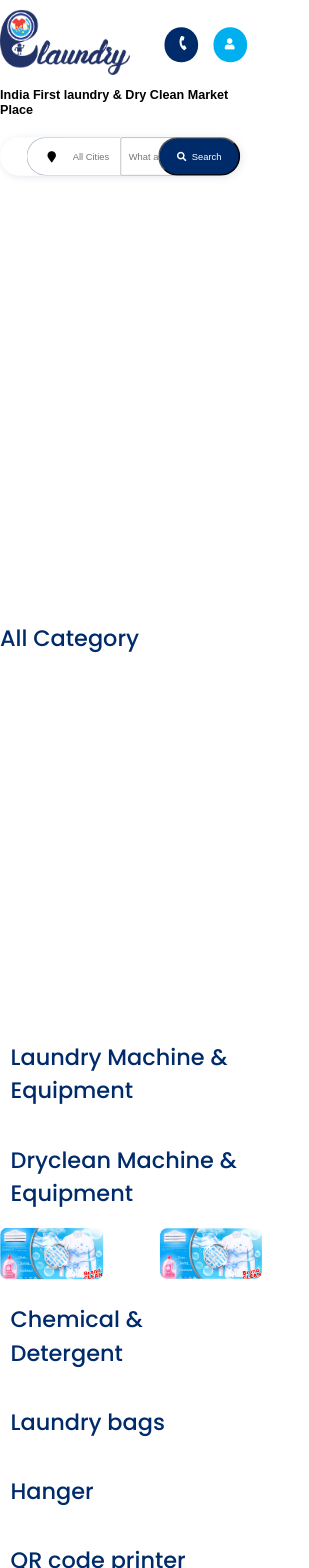
Repository: anamikatomar21/omramartnew
Page: /
The author's editor kept a copy of each file at every save. The page is drawn from the files as they stood at one save, then again after the next save.
The browser window is 375 px wide. The page is 442 px wide, so the pictures cover 442 px, including what lies to the right of the window. The pictures show the part of the page from y = 0 to 2240 px (the page is 5661 px tall), at 70% of full size.
The page's requests for data from a server got no answer. The project was rebuilt for these pictures with package versions that can differ from the ones it lists, and the page was loaded fresh each time. Some packages were replaced by stand-ins written for this rebuild. The framework's server and built-in components were replaced by stand-ins that run in the browser. No one was signed in, and anything a server would have sent is missing. Also part of the build but not shown: next.config.js, styles/Merchant/smallbanner.module.scss, styles/Merchant/layout.module.scss.

Above is the page before, as saved 2022-07-21 17:55:03.

### pages/_app.tsx
import "../styles/globals.scss";

import { useEffect } from "react";

import type { AppProps } from "next/app";
import { QueryClient, QueryClientProvider } from "react-query";
import { ReactQueryDevtools } from "react-query/devtools";
import { Provider } from "react-redux";
import { PersistGate } from "redux-persist/integration/react";

import axios from "../networkAPI/axios";
import { persistor, store } from "../redux/store";

function MyApp({ Component, pageProps }: AppProps) {
  const queryClient = new QueryClient({
    defaultOptions: {
      queries: {
        staleTime: Infinity,
        refetchOnReconnect: true,
      },
    },
  });

  useEffect(() => {


    axios.interceptors.request.use((config: any) => {
      const token=localStorage.getItem("token")
      console.log("Token",token)
      config.headers.Authorization = `Bearer ${token}`;
      return config;
    });
  }, []);

  // console.log({store:store.getState()});

  return (
    <Provider store={store}>
      <PersistGate persistor={persistor}>
        <QueryClientProvider client={queryClient}>
          <Component {...pageProps} />

          <ReactQueryDevtools initialIsOpen={false} />
        </QueryClientProvider>
      </PersistGate>
    </Provider>
  );
}

export default MyApp;

// export default MyApp

// function MyApp({ Component, pageProps }: AppProps) {
//   return (
//     <DashboardLayout>
//       <Component {...pageProps} />
//     </DashboardLayout>
//   );
// }

// export default MyApp;

### networkAPI/axios.ts
import axios from 'axios';

import { store } from '../redux/store';

const axiosInstance = axios.create({
  baseURL: "/",
  headers: {
    "Content-type": "application/json",
    "Accept": "application/json",

  },
  withCredentials:true
//  withCredentials:true
});

axiosInstance.interceptors.request.use(
  (config:any) => {
    const state = store.getState();
    const token = state?.user?.token;
    config.headers.Authorization = `Bearer ${token}`;
    return config;
  }
, (error:any) => {
  return Promise.reject(error);
}
);


export default axiosInstance;

### redux/store.ts
import {
  FLUSH,
  PAUSE,
  PERSIST,
  persistReducer,
  persistStore,
  PURGE,
  REGISTER,
  REHYDRATE,
} from 'redux-persist';
import storage from 'redux-persist/lib/storage';

import {
  combineReducers,
  configureStore,
} from '@reduxjs/toolkit';

import { authReducer } from './reducers/auth';

//persist redux store
const persistConfig = {
  key: "root",
  storage: storage,
  rehydrate: true,
};

const rootReducer = combineReducers({
  user: persistReducer(persistConfig, authReducer),
});

// creating store
export const store = configureStore({
  reducer: rootReducer,
  devTools: process.env.NODE_ENV !== "production",
  middleware: (getDefaultMiddleware) =>
    getDefaultMiddleware({
      serializableCheck: {
        ignoredActions: [FLUSH, REHYDRATE, PAUSE, PERSIST, PURGE, REGISTER],
      },
    }),
});

export const persistor = persistStore(store);

export type RootState = ReturnType<typeof store.getState>;
export type AppDispatch = typeof store.dispatch;

### components/Category/index.tsx
import React from "react";

import { useGetHomeCategory, usePublicProduct } from "../../networkAPI/queries";
import styles from "../../styles/Merchant/view.module.scss";

function Category() {
  const { data, status } = usePublicProduct();
  const data2 = useGetHomeCategory();
  const category_data = data2.data;
  console.log(data2.data);
  console.log(data);
  return (

    <div className="containerr3">
      <h1 className={styles.heading_section}>All Category</h1>
      <div>
        <div key={"index"} style={{ display: "flex" }}>
          <div className={styles.Flex_Section}>
            {category_data?.data.map((item3: any, index: any) => {
              console.log(item3);

              return (
                <div key={index}>
                  <div
                    className={styles.img_box}
                    style={{
                      backgroundImage: `url(${item3.category_image[0]})`,
                    }}
                  >
                    {item3.category_name}
                  </div>
                </div>
              );
            })}
          </div>
        </div>
      </div>
    </div>
  );
}

export default Category;

### components/CompanyDescription/index.tsx
import { useEffect, useState } from "react";

import type { NextPage } from "next";
import Head from "next/head";
import Router, { useRouter } from "next/router";
import toast, { Toaster } from "react-hot-toast";
import Image from "next/image";


import styles from "../../styles/Merchant/companydescription.module.scss";

const CompanyDescription: NextPage = () => {
  return (


    <div className={styles.Flex_Section}>
    <div>
      <h3>  Lorem ipsum dolor sit amet consectetur </h3>
      <p>
        Lorem ipsum dolor sit amet consectetur adipisicing elit. Veritatis
        praesentium dolores, accusamus laborum error perspiciatis iure
        pariatur expedita sequi odit minus architecto ducimus quod voluptate
        dignissimos optio quia dolorem numquam!Lorem Lorem ipsum dolor sit
        amet consectetur adipisicing elit.
      </p>

    </div>
    <div>
    <h3>  Lorem ipsum dolor sit amet consectetur </h3>
      <p>
        Lorem ipsum dolor sit amet consectetur adipisicing elit. Veritatis
        praesentium dolores, accusamus laborum error perspiciatis iure
        pariatur expedita sequi odit minus architecto ducimus quod voluptate
        dignissimos optio quia dolorem numquam!Lorem Lorem ipsum dolor sit
        amet consectetur adipisicing elit.
      </p>


    </div>
  </div>
  );
};

export default CompanyDescription;

### components/ProductCard/index.tsx
import 'react-multi-carousel/lib/styles.css';
import React from 'react';
import { useGetCategory } from 'networkAPI/queries';
import Image from 'next/image';
import { useRouter } from 'next/router';
import Carousel from 'react-multi-carousel';
import styles from 'styles/Merchant/updatedproductcard.module.scss';

// function ProductCard({title,data}) {
interface Props {
  title: string;
  data: any;
}
function ProductCard({ title, data }: Props) {
  console.log({ "helloo tsra": data?.data });

  const router = useRouter();

  const data2 = useGetCategory();
  const category_data = data2.data;
  console.log(data2.data);

   const responsive = {
    superLargeDesktop: {
     breakpoint: { max: 4000, min: 3000 },
  loop:true,
  items: 5,
    },

    desktop: {
      breakpoint: { max: 3000, min: 1024 },

     items: 5,
     },

   tablet: {
   breakpoint: { max: 1024, min: 464 },

     items: 3,
    },

   mobile: {
     breakpoint: { max: 464, min: 0 },

      items: 1,
    },
  };

  return (
    <div>
      <div key={""}>
        <h1 className={styles.heading_section3}>{title}</h1>
        {data?.data && (
          <Carousel responsive={responsive}>
            {data?.data
              .filter((item: any) => item.isApproved == true)
              .map((item: any, index: any) => {
                return (
                  <div className={styles.cardproduct} key={index}>
                    <div className={styles.productimg}>
                      <Image
                        src={
                          item.product_image1[0]
                            ? item.product_image1[0]
                            : "/omratrade/homebanner.png"
                        }
                        height={200}
                        width={300}
                        alt="productr image"
                        className={styles.productimagesrc}
                      />
                    </div>
                    <div className={styles.productcontent}>
                      <h4>{item.product_name}</h4>
                      <p>{item.vendors_name}</p>
                    </div>
                    <div className={styles.productcartbtn}>
                      <button
                        type="submit"
                        onClick={() => router.push(`/product?id=${item._id}&category=${item.category}&merchant=${item.auther_Id}`)}
                      >
                        View More
                      </button>
                    </div>
                  </div>
                );
              })}
          </Carousel>
        )}
      </div>
    </div>
  );
}

export default ProductCard;

### components/SliderBox/index.tsx
import {

    useEffect,

    useState,

} from 'react';
import styles from '../../styles/Merchant/sliderbox.module.scss';
import Image from 'next/image';

import type { NextPage } from 'next';

import { useRouter } from 'next/router';


import Link from 'next/link';







import React, { Component } from 'react';



const SliderBox: NextPage = () => {


    return (
<div className={styles.Flex_Section}>
<div>
    <Image
    src="/omratrade/sliderbanner.png"
    width={700} height={350} alt="facemask"
    className="facemask"
  />
  </div>
  <div>
  <Image
  src="/omratrade/sliderbanner2.png"
  width={700} height={350} alt="facemask"
  className="facemask"
/>
</div>
</div>
    )

};



export default SliderBox;

### components/SmallBanner/index.tsx
import type { NextPage } from 'next';
import Image from 'next/image';

import { useGetBanner } from '../../networkAPI/queries';
import styles from '../../styles/Merchant/smallbanner.module.scss';

const SmallBanner: NextPage = () => {
  const bannerData = useGetBanner().data?.data;
  console.log(bannerData);
  return (
    <div>
    {bannerData?.map((item:any,index:any) => {
      return(
    <div className={styles.Flex_Section} key={index}>
      <div>
        <Image
          src={item.banner_image1[0]}
          width={450}
          height={200}
          alt="sliderbanner"
          className="facemask"
        />
      </div>
      <div>
        <Image
          src={item.banner_image2[0]}
          width={450}
          height={200}
          alt="sliderbanner"
          className="facemask"
        />
      </div>
      <div>
        <Image
          src={item.banner_image3[0]}
          width={450}
          height={200}
          alt="sliderbanner"
          className="facemask"
        />
      </div>
      </div>
      )
    })}
    </div>
    /* <div className={styles.Flex_Section}>
<div className={styles.smallbanner1}>Chemical & Detergent</div>
<div className={styles.smallbanner2}>Chemical & Detergent</div>
<div className={styles.smallbanner3}>Chemical & Detergent</div>
</div> */
  );
};

export default SmallBanner;

### components/User/Layout.tsx
// import React from 'react';

// import styles from '../../styles/Merchant/layout.module.scss';
// import Header from './Header';

// // }
// type DashboardLayoutProps = {
//   children: React.ReactNode,
// };

// export default function UserLayout({ children }: DashboardLayoutProps) {
//   return (
//    <div className={styles.mmainlayout}>
//       <Header />
//       <div className={styles.mainlayout}>

//       {/* <MerchantSidebar /> */}
//         <main>{children}</main>
//       </div>

//       {/* <Footer /> */}
//       </div>

//   );
// }

import React from 'react';

import styles from '../../styles/Merchant/layout.module.scss';
import Header from './Header';

// }
type DashboardLayoutProps = {
  children: React.ReactNode,
};

export default function UserLayout({ children }: DashboardLayoutProps) {
  return (
   <div className={styles.mmainlayout}>
      <Header />
      <div className={styles.mainlayout}>

      {/* <MerchantSidebar /> */}
        <main>{children}</main>
      </div>

      {/* <Footer /> */}
      </div>

  );
}

### styles/Merchant/productcard.module.scss



.container {
    display: flex;
    margin-top:40px;
    margin-top: 52px;
    height: 415px;
    margin-bottom: 36px;
}


  /* PRODUCT CARD */

  .productcard {
    background-color: #f5f6fa;
    border-radius: 10px;
    color: #2f3640;
    margin: 0 2em;
    transition: all linear .2s;
    width: 250px;
    display: flex;
    flex-direction: column;
    justify-content: space-between;
  }

  .productcard:hover,
  .productcard:active {
    box-shadow: .2em .5em .5em rgba(0, 0, 0, 0.4);
    transform: scale(1.1);
  }

  .productimg {
    border-radius: 10px 10px 0px 0px;
    height: 150px;
    max-width: 100%;
  }

  .imgone {
    background-image: url(https://thumbs.dreamstime.com/b/concept-agile-software-development-concept-agile-software-development-107923572.jpg);
    border-radius: 10px 10px 0px 0px;}

  .imgtwo {
    background-image: url(https://www.dahu.bio/images/photos/agriculture/organic-product.jpg);
    border-radius: 10px 10px 0px 0px; }

  .imgthree {
    background-image: url(https://youngwonks.s3.amazonaws.com/Blogs/cabinet);
    border-radius: 10px 10px 0px 0px;}

  .imgone,
  .imgtwo,
  .imgthree {
    background-size: cover;
    background-position: center;
  }

  .producttext {
    padding: 1em;
    text-align: center;
  }

  .productcart button{
    border: 0;
    border-radius: 0 0 10px 10px;
    color: #f5f6fa;
    cursor: pointer;
    font-family: inherit;
    padding: 1em;
    text-transform: uppercase;
    transition: all linear .3s;
    width: 100%;
  }

  .productcart button:hover {
    font-weight: 500;
    letter-spacing: .1em;
  }

  /* color */
  .productcard h3 {
    color: #002b6b;
  }

  .productcard  button {
    background-color: #002b6b;
  }

  .productdiv{
    // margin-bottom: 70px;

  // background: #F5F5F5;
  padding-bottom: 40px;
  // margin-top:80px;
  padding:4px 15px;
}

  /* media queries */
  @media screen and (max-width: 860px) {
    .container {
      display: grid;
      grid-column-templates: 1fr;
      grid-auto-rows: auto;
    }

    .productcard {
      margin: 1.5em;
    }
  }

  .container_width {
    max-width: 1550px;
    margin: 0px auto;
  }

### redux/reducers/auth.ts
import {
  LOGIN_STATE_FAILURE,
  LOGIN_STATE_REQUEST,
  LOGIN_STATE_SUCCESS,
  LOGOUT_SUCCESS,
  SET_SIGNUP_FAILURE,
  SET_SIGNUP_REQUEST,
  SET_SIGNUP_SUCCESS,
} from '../constants/auth';

interface ILoginState {
    loading: boolean;
    error: string | null;
    user: any | {};
    token: string | null;
    isAuthenticated: boolean;
}

const initialState = <ILoginState>{
    loading: false,
    error: null,
    user: {},
    token: null,
    isAuthenticated: false,
  };

  export const authReducer = (state = initialState, action:any) => {
    switch (action.type) {
        case LOGIN_STATE_REQUEST:
            return {
                ...state,
                loading: true,
                error: null,
                isAuthenticated: false,
            };
        case LOGIN_STATE_SUCCESS:
            return {
                ...state,
                loading: false,
                user: action.payload.user.user,
                token: action.payload.token,
                isAuthenticated: true,
            };
        case LOGIN_STATE_FAILURE:
            return {
                ...state,
                loading: false,
                error: action.payload,
            };
        case LOGOUT_SUCCESS:
            return {
                ...state,
                user: {},
                token: null,
                isAuthenticated: false,
            };
        case SET_SIGNUP_REQUEST:
            return {
                ...state,
                loading: true,
                error: null,
                isAuthenticated: false,
            };
        case SET_SIGNUP_SUCCESS:
            return {
                ...state,
                loading: false,
                user: action.payload.user,
                token: action.payload.token,
                isAuthenticated: true,
            };
        case SET_SIGNUP_FAILURE:
            return {
                ...state,
                loading: false,
                error: action.payload,
            };



        default:
            return state;

    }
  };

### styles/Merchant/view.module.scss
.Flex_Section{

    display: flex;
    justify-content: space-between;
    /* width: 80%; */
    font-size: 16px;
    font-family: "Poppins", sans-serif;
    flex-wrap: wrap;
    /* margin-left: 154px; */
    gap: 34px;



}
// .Flex_Section1{

//     display: flex;
//     justify-content: space-evenly;
//     width: 100%;
//     font-size: 16px;
//     font-family: 'Poppins', sans-serif;


// }

.img_box{
    // background-image: url(/omratrade/newcat.jpeg);
    border-radius: 10px 10px 10px 10px;
    height: 255px;
    width: 272px;
    box-shadow: 2px 2px 7px rgb(0 0 0 / 16%);
    background-repeat: no-repeat;
    margin-bottom: 20px;
    color: #3D898D;
    font-weight: bold;
    font-size: 17px;
    background-size: cover;
    padding: 0.5rem 1rem;
    background-size: 346px ,348px !important;
    background-position: center;
}







.img_box1{
    background-image: url(/omratrade/newcat.jpeg);
    border-radius: 10px 10px 10px 10px;
    height: 255px;
    width: 272px;
    box-shadow:2px 2px 7px rgb(0 0 0 / 16%);
    background-repeat: no-repeat;
    margin-bottom: 20px;
    color: #A5A03F;
    font-weight: bold;
    font-size: 17px;
    background-size: cover;


}
.img_box2{
    background-image: url(/omratrade/newcat.jpeg);
    border-radius: 10px 10px 10px 10px;
    height: 266px;
    width: 272px;
    box-shadow: 2px 2px 7px rgb(0 0 0 / 16%);
    background-repeat: no-repeat;
    margin-bottom: 20px;
    color: #AE7844;
    font-weight: bold;
    font-size: 17px;

    background-size: cover;
}
.img_box3{
    background-image: url(/omratrade/newcat.jpeg);
    border-radius: 10px 10px 10px 10px;
    height: 255px;
    width: 272px;
    box-shadow: 2px 2px 7px rgb(0 0 0 / 16%);
    background-repeat: no-repeat;
    margin-bottom: 20px;
    color: #84A25B;
    font-weight: bold;
    font-size: 17px;

    background-size: cover;
}

.img_box4{
    background-image: url(/omratrade/newcat.jpeg);
    border-radius: 10px 10px 10px 10px;
    height: 255px;
    width: 272px;
    box-shadow: 2px 2px 7px rgb(0 0 0 / 16%);
    background-repeat: no-repeat;
    margin-bottom: 20px;
    color: #1CA463;
    font-weight: bold;
    font-size: 17px;
    background-size: cover;

}

.img_box5{
    background-image: url(/omratrade/newcat.jpeg);
    border-radius: 10px 10px 10px 10px;
    height: 255px;
    width: 272px;
    box-shadow:2px 2px 7px rgb(0 0 0 / 16%);
    background-repeat: no-repeat;
    margin-bottom: 20px;
    color: #BF4281;
    font-weight: bold;
    font-size: 17px;

    background-size: cover;
}
.img_box6{
    background-image: url(/omratrade/newcat.jpeg);
    border-radius: 10px 10px 10px 10px;
    height: 255px;
    width: 272px;
    box-shadow: 2px 2px 7px rgb(0 0 0 / 16%);
    background-repeat: no-repeat;
    margin-bottom: 20px;
    color: #603A9C;
    font-weight: bold;
    font-size: 17px;
    background-size: cover;

}
.img_box7{
    background-image: url(/omratrade/newcat.jpeg);
    border-radius: 10px 10px 10px 10px;
    height: 255px;
    width: 272px;
    box-shadow: 2px 2px 7px rgb(0 0 0 / 16%);
    background-repeat: no-repeat;
    margin-bottom: 20px;
    font-weight: bold;
    font-size: 17px;
    background-size: cover;

}
.heading_section{
    font-weight: 500;
    color: #002b6b;

}

// width: calc(100%/4 - 15px);
//     margin: 0px;
//     height: 400px;
//     background-size: cover;

.midbanner{
    background-image: url(/omratrade/midbanner.png);


    height: 820px;
    background-repeat: no-repeat;
    /* display: flex; */
    width: 100%;
    gap: 30px !important;
    margin-top: 40px;
    margin-left: 130px;

}

// .img_box,.img_box1,.img_box2,.img_box3,.img_box4,.img_box5,.img_box6:hover{

//     transform: scale(1.1);
// }

@media (max-width: 600px) {

    .Flex_Section {
      display: flex;
      /* width: 55%; */
      font-size: 16px;
      font-family: "Poppins", sans-serif;
      flex-wrap: wrap;
      margin: 0px 15px;
      gap: 19px;
    }
    .img_box {
        border-radius: 10px 10px 10px 10px;
    height: 148px;
    width: 223px;
    box-shadow: 2px 2px 7px rgb(0 0 0 / 16%);
    background-repeat: no-repeat;
    margin-bottom: 20px;
    color: #3D898D;
    font-weight: bold;
    font-size: 12px;
    background-size: cover;
    padding: 0.5rem 0rem;
    background-size: 346px, 348px !important;
    background-position: center;
    }
    }

### styles/Merchant/companydescription.module.scss
.Flex_Section{

    display: flex;
    background-color: #F8F8F8;
    gap: 123px;
    padding: 12px 40px;
    margin-bottom: 30px;
}

### styles/Merchant/newfooter.module.scss
.Flex_container{

    display: flex;
    justify-content: space-evenly;
    background-color: #f5f6fa;
}

.footerBox{
    background-color: #002b6b;
    color: white;
    width: 100%;
}

.footerBoxSection{

    // width: 80% !important;
    padding: 28px 46px 18px 59px;
}

.finalfooter h3 {
    text-align: center;
    font-size: 16px;
    color: white;
}
.finalfooter {
    border-top: 1px solid #ebebeb;
    border-color: #313547;
}

.footer2 h2 {
    color: white !important;
    font-size: 1.38em !important;
}
.footer2 ul li a {
    color:white;
    font-size: 15px !important;
    font-weight: 500;
}
.footer2 ul li::marker {
    color: #fe7259;
}
.footer2 {
    margin: -25px 40px;
}
.footer2 ul li a:hover {
    color: #fe7259;
}

.footer1 p {
    color: white;
    font-weight: 500;
}
.footer .row {
    display: flex;
}
.footer1 ul {
    display: flex;
    text-align: center;
    justify-content: space-around;
    list-style: none;
    margin-left: -60px;
}
.footer1 ul li a img {
    width: 35px;
    height: 35px;
}

.backgroundbox{background-color: #F8F8F8;}


.emailbuttonfooter{
    background: #002b6b;
    height: 47px;
    width: 179px;
    color: white;
    font-size: 20px;
}

.inputfooter{

    width: 285px;
    height: 47px;
    margin-left: 737px;
    /* display: flex; */

}

.flex_boxfooter{display: flex;}

.par{
    columns: black !important;
}

.bottom_box{

    margin-bottom: 10px;
}

.footertop {
    background: #f8f8f8;


ul.footertoplist {
    display: flex;
    margin: 0;
    padding: 0;
    justify-content: space-between;
}



.formsect input {
    margin-left: 0 !important;
    padding: 0;
}

.formsect {
    display: flex;
    flex-wrap: wrap;
    max-width: 466px;
}

.formsect p.text {
    font-size: 14px;
    color: #000000;
    line-height: 16px;
}

.formsect .subm {
    font-size: 12px;
    line-height: 30px;
    color: #000000;
    font-weight: 600;
}
}

### styles/Merchant/updatedproductcard.module.scss
.cardproduct:hover,
.cardproduct:active {
  box-shadow: 0.2em 0.5em 0.5em rgba(0, 0, 0, 0.4);
  transform: scale(1.1);
}

.cardproduct {
  background: #fff;
  display: flex;
  flex-wrap: wrap;
  border-radius: 10px;
  overflow: hidden;
  margin: 0px 15px;
  max-width: 220px;
  width: 250px;
  .productimg {
    width: 100%;
    text-align: center;
    height: 230px;
    .productimagesrc {
      max-height: 200px;
      max-width: 200px;
      height: 200px;
      margin: 0 auto;
    }
  }

  .productcontent {
    width: 100%;
    text-align: center;
    h4 {
      line-height: 1em;
      text-transform: capitalize;
      font-size: 18px;
      color: #002b6b;
      margin: 0;
      overflow: hidden;
      text-overflow: ellipsis;
      display: -webkit-box;
      -webkit-line-clamp: 1; /* number of lines to show */
      line-clamp: 1;
      -webkit-box-orient: vertical;
      margin: 10px 2px !important;
    }
    p {
      margin: 0px 0px 10px 0px;
      overflow: hidden;
      text-overflow: ellipsis;
      display: -webkit-box;
      -webkit-line-clamp: 1;
      line-clamp: 1;
      -webkit-box-orient: vertical;
    }
  }
  .productcartbtn {
    width: 100%;
  }
  button {
    width: 100%;
    border: none;
    background-color: #002b6b;
    font-weight: 400;
    border: 0;

    cursor: pointer;
    font-family: inherit;
    padding: 1em;
    transition: all 0.3s linear;
    width: 100%;
    font-size: 16px;
    color: #fff;
  }
}

.heading_section3 {
  color: #002b6b !important;
  font-weight: 500;
}

### styles/Merchant/sliderbox.module.scss
.sliderBox{
    background-image: url(/omratrade/sliderbanner.png);
    border-radius: 10px 10px 10px 10px;
    height: 233px;
    width: 420px;
    background-repeat: no-repeat;
    margin-bottom: 20px;

}

.Flex_Section{

    display: flex;
    justify-content: space-evenly;
    gap: 79px;
}

### redux/constants/auth.ts
export const LOGIN_STATE_REQUEST = 'LOGIN_STATE_REQUEST';
export const LOGIN_STATE_SUCCESS = 'LOGIN_STATE_SUCCESS';
export const LOGIN_STATE_FAILURE = 'SET_LOGIN_FAILURE';

export const LOGOUT_SUCCESS = 'LOGOUT_SUCCESS';

export const SET_SIGNUP_REQUEST = 'SET_SIGNUP_REQUEST';
export const SET_SIGNUP_SUCCESS = 'SET_SIGNUP_SUCCESS';
export const SET_SIGNUP_FAILURE = 'SET_SIGNUP_FAILURE';

Loaded but not shown: styles/globals.scss (1442 lines, source omitted); networkAPI/api.ts (390 lines, source omitted); pages/index.tsx (325 lines, source omitted); networkAPI/queries.ts (336 lines, source omitted); components/User/Header.tsx (280 lines, source omitted); styles/Merchant/Header.module.scss (424 lines, source omitted); components/Footer/footer.tsx (210 lines, source omitted)

After the next save:
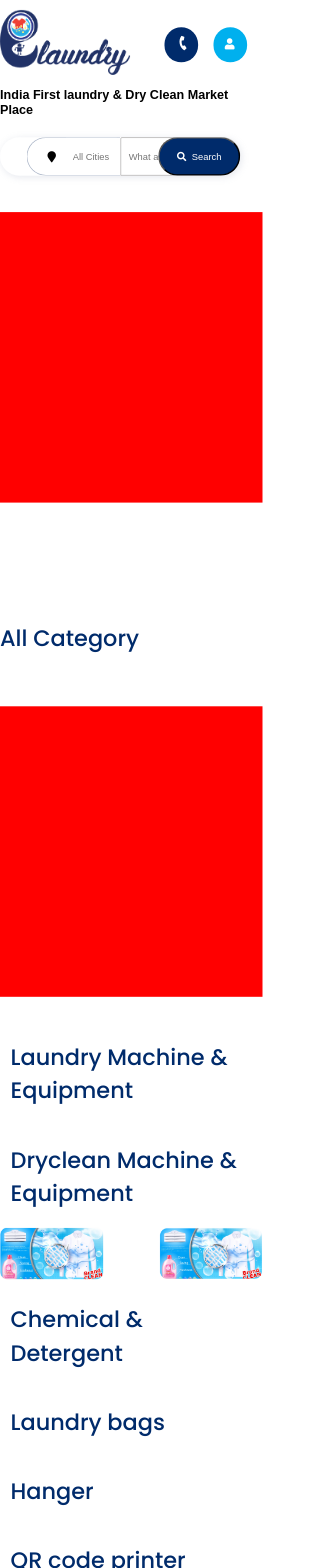
Saved 4 min 11 s later.
--- a/styles/Merchant/productcard.module.scss
+++ b/styles/Merchant/productcard.module.scss
@@ -112,3 +112,23 @@
     max-width: 1550px;
     margin: 0px auto;
   }
+
+  @media (max-width: 600px) {
+
+    .heading_section3 {
+        color: #002b6b !important;
+        font-weight: 500;
+        font-size: larger;
+    }
+
+    .container {
+        display: flex;
+        /* margin-top: 40px; */
+        /* margin-top: 52px; */
+        /* height: 415px; */
+        /* margin-bottom: 36px; */
+        background: red;
+    }
+
+
+    }
